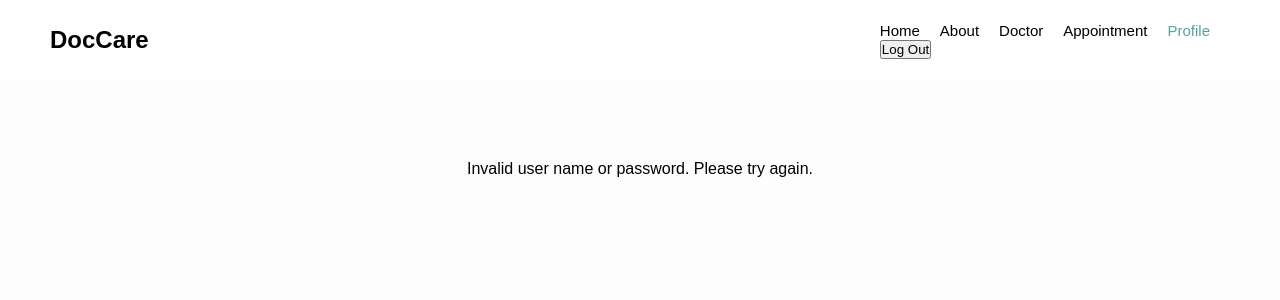
Repository: MonaliWatareka/echanneling
Page: http://localhost/PatientDemo/patientAccount.jsp
An editor plug-in stored every save of this project. The page is shown before and after the next save, followed by the edit.
The browser window is 1280 px wide. The pictures show the whole page.
The page is served by Tomcat 10. Other server files are loaded and not shown. The template is opened directly, without the code that normally fills it, so the values that code supplies are empty.

Above is the page before, as saved 2024-10-13 03:35:42.

### Project/PatientDemo/src/main/webapp/patientAccount.jsp
<%@ page language="java" contentType="text/html; charset=UTF-8" pageEncoding="UTF-8"%>
<%@ taglib uri="http://java.sun.com/jsp/jstl/core" prefix="c" %>
<!DOCTYPE html>
<html lang="en">
<head>
    <meta charset="UTF-8">
    <meta name="viewport" content="width=device-width, initial-scale=1.0">
    <title>Patient Profile</title>
    <link rel="stylesheet" href="${pageContext.request.contextPath}/css/login.css">
    <link rel="stylesheet" href="https://cdnjs.cloudflare.com/ajax/libs/font-awesome/6.0.0-beta3/css/all.min.css">

    <style>

.navbar .auth-buttons .btn {
    padding: 0.5rem 1rem;
    border: none;
    background-color: #009688;
    color: #fff;
    border-radius: 5px;
    cursor: pointer;
    transition: background-color 0.3s;
}

.navbar .auth-buttons .btn:hover {
    background-color: #00796b;
}
    </style>


</head>
<body>

    <!-- Navigation Bar -->
    <div class="nav">
        <div class="nav-logo">
            <p>DocCare</p>
        </div>
        <div class="nav-menu">
            <ul>
                <li><a href="Home.jsp" class="link">Home</a></li>
                <li><a href="About.jsp" class="link">About</a></li>
                <li><a href="AvailabilityDisplayServlet" class="link">Doctor</a></li>
                <li><a href="#" class="link">Appointment</a></li>
                <li><a href="PatientAccServlet" class="link active">Profile</a></li>
            </ul>
            <div class="auth-buttons">
                <form action="logoutServlet" method="get">
                    <button type="submit" class="btn">Log Out</button>
                </form>
            </div>
        </div>
    </div>

    <div class="wrapper">
        <c:forEach var="patient" items="${patientDetails}">
            <c:set var="id" value="${patient.patientID}" />
            <c:set var="fname" value="${patient.patientFName}" />
            <c:set var="lname" value="${patient.patientLName}" />
            <c:set var="phone" value="${patient.patientPhone}" />
            <c:set var="dob" value="${patient.patientDOB}" />
            <c:set var="email" value="${patient.patientEmail}" />
            <c:set var="password" value="${patient.patientPassword}" />

            <div class="form-box">
                <div class="form-container">
                    <header>Patient Profile</header>
                    <div class="input-box">
                        <label>Patient ID</label>
                        <input type="text" class="input-field" value="${patient.patientID}" readonly>
                    </div>

                    <div class="input-box">
                        <label>First Name</label>
                        <input type="text" class="input-field" value="${patient.patientFName}" required>
                    </div>

                    <div class="input-box">
                        <label>Last Name</label>
                        <input type="text" class="input-field" value="${patient.patientLName}" readonly>
                    </div>

                    <div class="input-box">
                        <label>Phone</label>
                        <input type="text" class="input-field" value="${patient.patientPhone}" readonly>
                    </div>

                    <div class="input-box">
                        <label>Date of Birth</label>
                        <input type="text" class="input-field" value="${patient.patientDOB}" readonly>
                    </div>

                    <div class="input-box">
                        <label>Email</label>
                        <input type="text" class="input-field" value="${patient.patientEmail}" readonly>
                    </div>

                    <div class="input-box">
                        <label>Password</label>
                        <input type="text" class="input-field" value="${patient.patientPassword}" readonly>
                    </div>

                    <c:url value="patientAccountUpdate.jsp" var="profileUpdate">
                        <c:param name="id" value="${id}" />
                        <c:param name="fname" value="${fname}" />
                        <c:param name="lname" value="${lname}" />
                        <c:param name="phone" value="${phone}" />
                        <c:param name="dob" value="${dob}" />
                        <c:param name="email" value="${email}" />
                        <c:param name="password" value="${password}" />
                    </c:url>

                    <div class="input-box">
                        <a href="${profileUpdate}">
                            <input type="button" class="submit" value="Update">
                        </a>
                    </div>

                    <c:url value="patientAccountDelete.jsp" var="profileDelete">
                        <c:param name="id" value="${id}" />
                        <c:param name="fname" value="${fname}" />
                        <c:param name="lname" value="${lname}" />
                        <c:param name="phone" value="${phone}" />
                        <c:param name="dob" value="${dob}" />
                        <c:param name="email" value="${email}" />
                        <c:param name="password" value="${password}" />
                    </c:url>

                    <div class="input-box">
                        <a href="${profileDelete}">
                            <input type="button" class="submit" value="Delete">
                        </a>
                    </div>
                </div>
            </div>
        </c:forEach>
    </div>

    <c:if test="${empty patientDetails}">
        <p>Invalid user name or password. Please try again.</p>
    </c:if>

</body>
</html>

### Project/PatientDemo/src/main/webapp/css/login.css

* {
    margin: 0;
    padding: 0;
    box-sizing: border-box;
    font-family: 'Arial', sans-serif;
}

body {

    background-color: #fdfdfd;
    display: flex;
    flex-direction: column;
    justify-content: flex-start;
    align-items: center;
    height: 100vh;
}

/* Navigation Bar */
.nav {
    width: 100%;
    height: 80px;
    background:rgb(255, 255, 255);
    display: flex;
    justify-content: space-between;
    align-items: center;
    padding: 0 50px;
    position: fixed;
    top: 0;
    left: 0;
    z-index: 100;
}

.nav-logo p {
    color: #000000;
    font-size: 24px;
    font-weight: bold;
}

.nav-menu ul {
    list-style: none;
    display: flex;
}

.nav-menu ul li {
    margin-right: 20px;
}

.nav-menu ul li a {
    color: #000000;
    text-decoration: none;
    font-size: 15px;
    transition: color 0.3s ease;
}

.nav-menu ul li a:hover,
.nav-menu ul li a.active {
    color:cadetblue;
}

.nav-button .btn {
    background-color: cadetblue;
    color: #fff;
    padding: 10px 20px;
    border: none;
    cursor: pointer;
    border-radius: 30px;
    transition: background-color 0.3s ease;
}

.nav-button .btn:hover {
    background-color: lightblue;
}

/* Wrapper and Form Styles */
.wrapper {

    width: 90%;
    max-width: 400px;
    padding: 20px;
    border: none;
    position: relative;
    margin-top: 120px;
    display: flex;
    justify-content: center;
    align-items: center;
    flex-direction: column;

}

.form-box {
    width: 500px;
    position: relative;

}

header {
    font-size: 20px;
    margin-top: 10px;
    font-weight: bold;
    margin-bottom: 20px;
    text-align: center;
}
label{
    font-size: 12px;
    margin-left: 10px;

}
.input-box {
    position: relative;

    margin-bottom: 20px;
}

.input-box i {
    position: absolute;
    left: 10px;
    top: 20px;
    color: #888;
}

.input-field {
    width: 95%;
    margin-top: 10px;
    padding: 10px 40px;
    border: 1px solid #ddd;
    border-radius: 25px;
    font-size: 14px;
}

.submit {
    width: 100%;
    padding: 10px;
    background-color: cadetblue;
    color: #fff;
    border: none;
    border-radius: 25px;
    cursor: pointer;
    font-size: 14px;
    transition: background-color 0.3s ease;
}

.submit:hover {
    background-color: lightblue;
}

.login-container,
.register-container {
    display: none;
    position: absolute;
    width: 100%;
    border: cadetblue solid;
    border-radius: 25px;
    padding: 20px;
    box-shadow: 8px 8px rgba(0, 0, 0, 0.1);

}
.form-container{

    width: 100%;
    max-width: 500px;
    margin: 0 auto;
    border: cadetblue solid;

    padding: 20px;
    box-shadow: 8px 8px rgba(0, 0, 0, 0.1);
    display: flex;
    flex-direction: column;
    padding: 0 10px;

}


.login-container.active,
.register-container.active {
    display: block;

}
.input-box select.input-field {
    padding: 10px 40px;
    -webkit-appearance: none; /* Remove default dropdown arrow appearance in WebKit browsers */
    -moz-appearance: none; /* Remove default dropdown arrow appearance in Mozilla browsers */
    appearance: none; /* Remove default dropdown arrow appearance in all browsers */
}
span {

    font-size: 20px;
    display: block;
    margin-bottom: 20px;
    text-align: center;
}

span a {
    color: cadetblue;
    cursor: pointer;
    text-decoration: none;
}

span a:hover {
    text-decoration: underline;
}

@media (max-width: 768px) {
    .nav {
        padding: 0 20px; /* Reduced padding for smaller screens */
        height: 60px; /* Adjusted height */
    }

    .nav-logo p {
        font-size: 20px; /* Smaller font size for logo */
    }

    .nav-menu ul li {
        margin-right: 10px; /* Reduced margin for menu items */
    }

    .nav-menu ul li a {
        font-size: 10px; /* Smaller font size for links */
    }

    .wrapper {
        width: 90%;
        margin-top: 100px; /* Adjust margin to fit screen */
    }

    header {
        font-size: 24px; /* Smaller font size for header */
    }

    .input-field {
        font-size: 14px; /* Smaller font size for input fields */
    }

    .submit {
        font-size: 14px; /* Smaller font size for submit button */
    }

    span {
        font-size: 15x; /* Smaller font size for span */
    }
}

@media (max-width: 480px) {
    .nav {
        padding: 0 10px; /* Further reduced padding for very small screens */
        height: 50px; /* Adjusted height */
    }

    .nav-logo p {
        font-size: 18px; /* Even smaller font size for logo */
    }

    .nav-menu ul li {
        margin-right: 5px; /* Further reduced margin for menu items */
    }

    .nav-menu ul li a {
        font-size: 8px; /* Even smaller font size for links */
    }

    .wrapper {
        margin-top: 80px; /* Further adjusted margin */
    }

    header {
        font-size: 20px; /* Smaller font size for header */
    }

    .input-field {
        font-size: 12px; /* Smaller font size for input fields */
    }

    .submit {
        font-size: 12px; /* Smaller font size for submit button */
    }

    span {
        font-size: 18px; /* Smaller font size for span */
    }
}

After the next save:
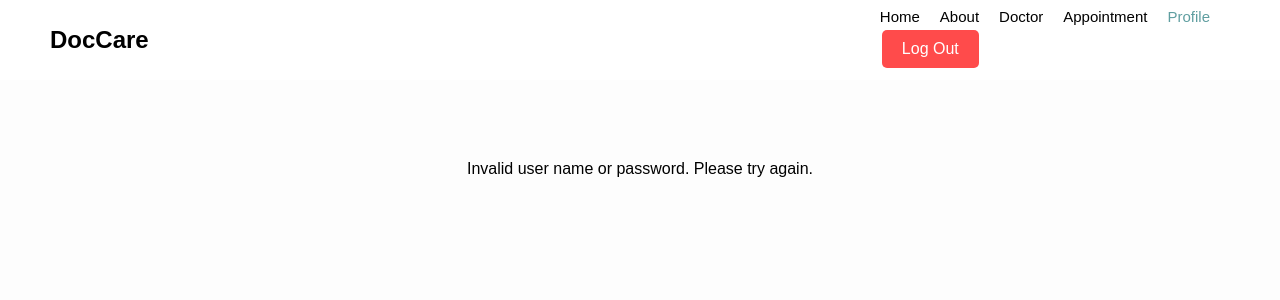
Saved 2 min 54 s later.
--- a/Project/PatientDemo/src/main/webapp/patientAccount.jsp
+++ b/Project/PatientDemo/src/main/webapp/patientAccount.jsp
@@ -9,22 +9,29 @@
     <link rel="stylesheet" href="${pageContext.request.contextPath}/css/login.css">
     <link rel="stylesheet" href="https://cdnjs.cloudflare.com/ajax/libs/font-awesome/6.0.0-beta3/css/all.min.css">
 
+
     <style>
+    .logout-btn {
+        background-color: #ff4b4b;
+        border: none;
+        color: white;
+        padding: 10px 20px;
+        text-align: center;
+        text-decoration: none;
+        display: inline-block;
+        font-size: 16px;
+        margin: 4px 2px;
+        cursor: pointer;
+        border-radius: 5px;
+        transition-duration: 0.4s;
+    }
 
-.navbar .auth-buttons .btn {
-    padding: 0.5rem 1rem;
-    border: none;
-    background-color: #009688;
-    color: #fff;
-    border-radius: 5px;
-    cursor: pointer;
-    transition: background-color 0.3s;
-}
-
-.navbar .auth-buttons .btn:hover {
-    background-color: #00796b;
-}
-    </style>
+    .logout-btn:hover {
+        background-color: white;
+        color: #ff4b4b;
+        border: 2px solid #ff4b4b;
+    }
+</style>
 
 
 </head>
@@ -45,7 +52,7 @@
             </ul>
             <div class="auth-buttons">
                 <form action="logoutServlet" method="get">
-                    <button type="submit" class="btn">Log Out</button>
+                    <button type="submit" class="logout-btn">Log Out</button>
                 </form>
             </div>
         </div>

After the save that followed:
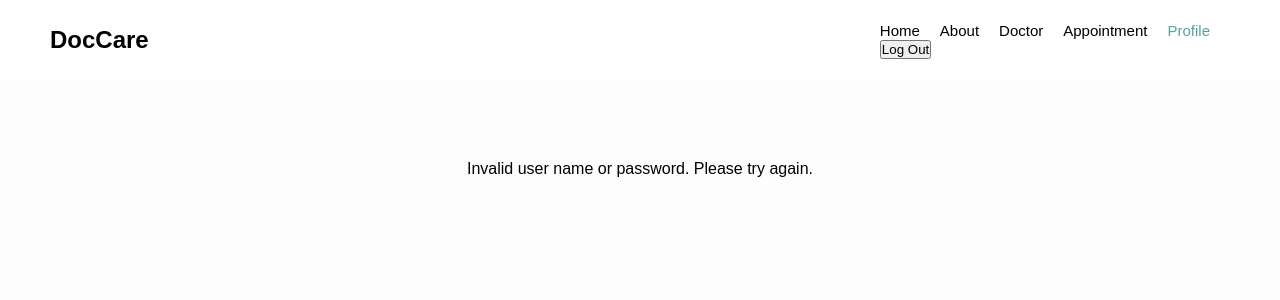
Saved 23 s later.
--- a/Project/PatientDemo/src/main/webapp/patientAccount.jsp
+++ b/Project/PatientDemo/src/main/webapp/patientAccount.jsp
@@ -10,28 +10,6 @@
     <link rel="stylesheet" href="https://cdnjs.cloudflare.com/ajax/libs/font-awesome/6.0.0-beta3/css/all.min.css">
 
 
-    <style>
-    .logout-btn {
-        background-color: #ff4b4b;
-        border: none;
-        color: white;
-        padding: 10px 20px;
-        text-align: center;
-        text-decoration: none;
-        display: inline-block;
-        font-size: 16px;
-        margin: 4px 2px;
-        cursor: pointer;
-        border-radius: 5px;
-        transition-duration: 0.4s;
-    }
-
-    .logout-btn:hover {
-        background-color: white;
-        color: #ff4b4b;
-        border: 2px solid #ff4b4b;
-    }
-</style>
 
 
 </head>
@@ -52,7 +30,7 @@
             </ul>
             <div class="auth-buttons">
                 <form action="logoutServlet" method="get">
-                    <button type="submit" class="logout-btn">Log Out</button>
+                    <button type="submit" class="btn">Log Out</button>
                 </form>
             </div>
         </div>
